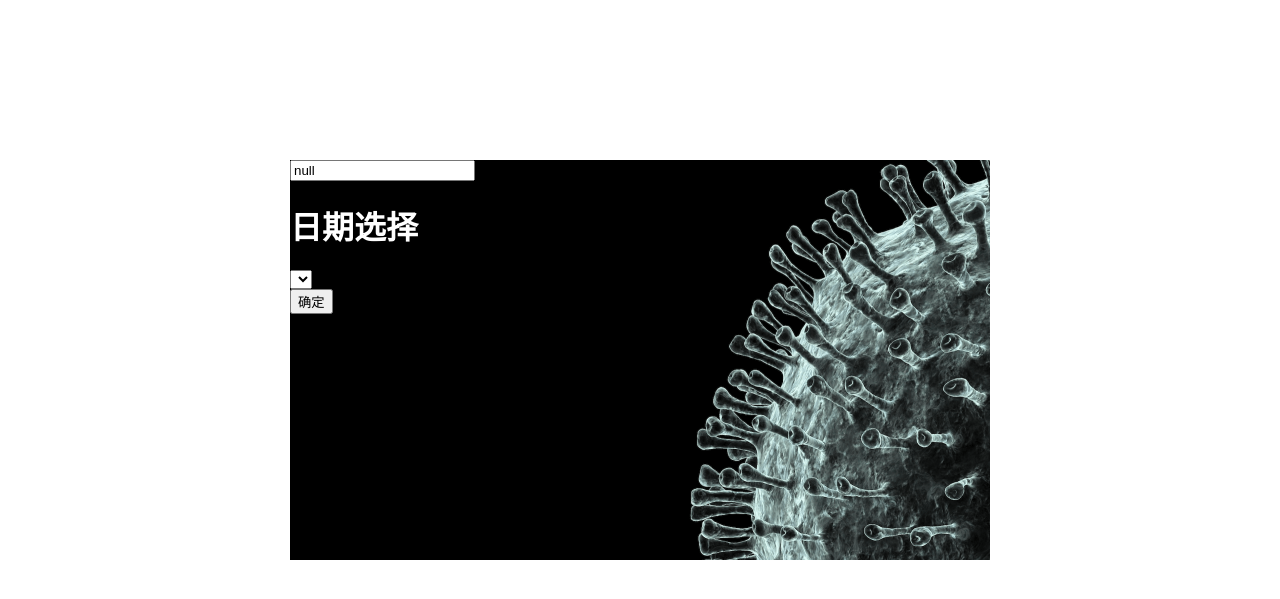
Repository: yz990219/InfectStatisticWeb
Page: http://localhost/MyInfectStatisticWeb/dateChooseProvince.jsp
These files come from the project's save history. The page is drawn as it stood at one moment and after the next save; the edit follows.
The browser window is 1280 px wide. The pictures show the whole page.
The page is served by Tomcat 9. Other server files are loaded and not shown.

Above is the page before, as saved 2020-03-13 16:39:05.

### MyInfectStatisticWeb/WebContent/dateChooseProvince.jsp
<%@ page language="java" contentType="text/html; charset=utf-8"
	pageEncoding="utf-8"%>
<%@ page import="hw2.*"%>
<%@ page import="java.util.*"%>
<%@ page import="java.io.File"%>
<!DOCTYPE html>
<html>
<head>
<meta charset="UTF-8">
<meta http-equiv="X-UA-Compatible" content="IE=EDGE">
<title>省份日期详情选择</title>
<link href="css/datechoose.css" rel="stylesheet">
<script type="text/javascript" src="js/jquery.min.js"></script>
<script type="text/javascript" src="js/echarts.min.js"></script>
<script type="text/javascript" src="js/map/china.js"></script>
</head>
<body>


	<div class="datechoose">
		<form action="province.jsp" id="province">

			<input id="province_value" name="province_value" type="text"
				value="<%=request.getParameter("province_value")%>">
			<%
				ArrayList<String> fileNameList = new ArrayList<String>();
				String[] temp;
				String path = "D:\\InfectStatisticWeb\\MyInfectStatisticWeb\\WebContent\\log\\";
				File name = new File(path);
				temp = name.list();
				if (name.isDirectory()) {
					for (int i = 0; i < temp.length; i++) {
						fileNameList.add(temp[i]);
					}
				}
			%>
			<div>
				<h1 style="color: #ffffff;">日期选择</h1>
			</div>
			<div>
				<select name="date">
					<%
						for (int i = 0; i < fileNameList.size(); i++) {
					%>
					<option
						value="<%=fileNameList.get(i).substring(0, fileNameList.get(i).length() - 8)%>">
						<%=fileNameList.get(i).substring(0, fileNameList.get(i).length() - 8)%>
					</option>
					<%
						}
					%>
				</select>
			</div>
			<button type="submit">确定</button>
		</form>


	</div>



</body>
</html>

### MyInfectStatisticWeb/WebContent/css/datechoose.css
@charset "UTF-8";
.datechoose {
	background-image: url(backgroundimg.png);
   	width: 700px;
    height: 400px;
    position: fixed;
    left: 50%;
    top: 50%;
    z-index: 11;
    /*设定这个div的margin-top的负值为自身的高度的一半,margin-left的值也是自身的宽度的一半的负值.*/
    /*宽为400,那么margin-top为-200px*/
    /*高为200那么margin-left为-100px;*/
    margin: -200px 0 0 -350px;
}
.form{
	margin: 65px 0 0 140px;
}

Loaded but not shown: MyInfectStatisticWeb/WebContent/js/jquery.min.js (library); MyInfectStatisticWeb/WebContent/js/echarts.min.js (library); MyInfectStatisticWeb/WebContent/js/map/china.js (library)

After the next save:
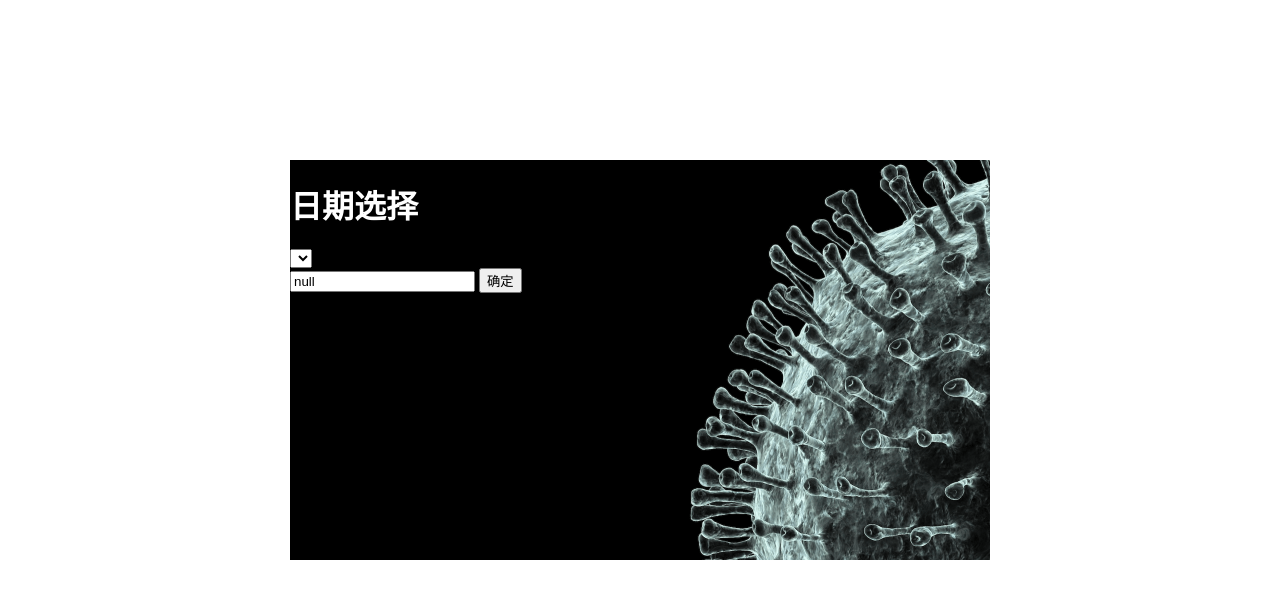
Saved 20 s later.
--- a/MyInfectStatisticWeb/WebContent/dateChooseProvince.jsp
+++ b/MyInfectStatisticWeb/WebContent/dateChooseProvince.jsp
@@ -20,8 +20,7 @@
 	<div class="datechoose">
 		<form action="province.jsp" id="province">
 
-			<input id="province_value" name="province_value" type="text"
-				value="<%=request.getParameter("province_value")%>">
+
 			<%
 				ArrayList<String> fileNameList = new ArrayList<String>();
 				String[] temp;
@@ -51,6 +50,8 @@
 					%>
 				</select>
 			</div>
+			<input id="province_value" name="province_value" type="text"
+				value="<%=request.getParameter("province_value")%>">
 			<button type="submit">确定</button>
 		</form>
 
